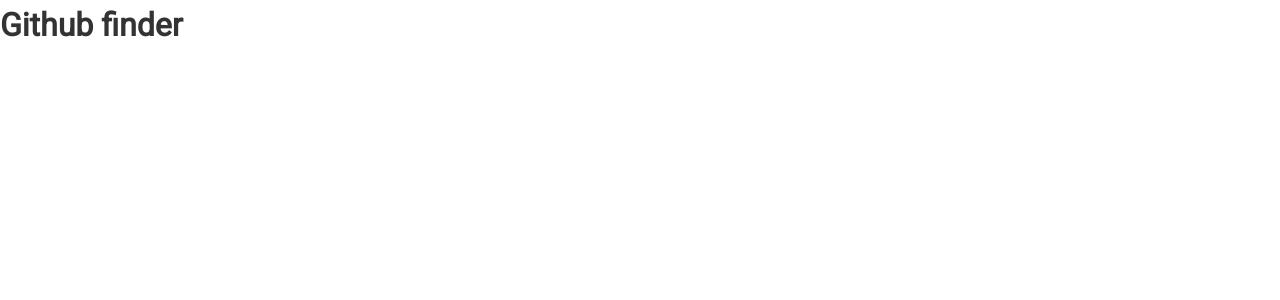
Repository: bafode/github-finder
Page: /
An editor plug-in stored every save of this project. The page is shown before and after the next save, followed by the edit.
The browser window is 1280 px wide. The pictures show the whole page.
The project was rebuilt for these pictures with package versions that can differ from the ones it lists, and the page was loaded fresh each time.

Above is the page before, as saved 2023-06-16 16:13:33.

### public/index.html
<!DOCTYPE html>
<html lang="en">
  <head>
    <meta charset="utf-8" />
    <link rel="icon" href="%PUBLIC_URL%/favicon.ico" />
    <meta name="viewport" content="width=device-width, initial-scale=1" />
    <meta name="theme-color" content="#000000" />
    <meta
      name="description"
      content="Web site created using create-react-app"
    />
    <link rel="apple-touch-icon" href="%PUBLIC_URL%/logo192.png" />

    <link rel="manifest" href="%PUBLIC_URL%/manifest.json" />

    <title>Github Finder</title>
  </head>
  <body>
    <noscript>You need to enable JavaScript to run this app.</noscript>
    <div id="root"></div>

  </body>
</html>

### src/App.js
import React,{Component} from 'react';
import './App.css';

class App extends Component {
  render() {

    return (
      <div className="App">
        <h1>Github finder</h1>
      </div>
    );
  }
}

export default App;

### src/components/layout/Navbar.js
import React, { Component } from 'react'
class Navbar extends Component {
  render() {
    return (
        <div>
            <h1>Navbar</h1>
      </div>
    )
  }
}


export default Navbar

Loaded but not shown: src/index.js (common file); src/App.css (common file)

After the next save:
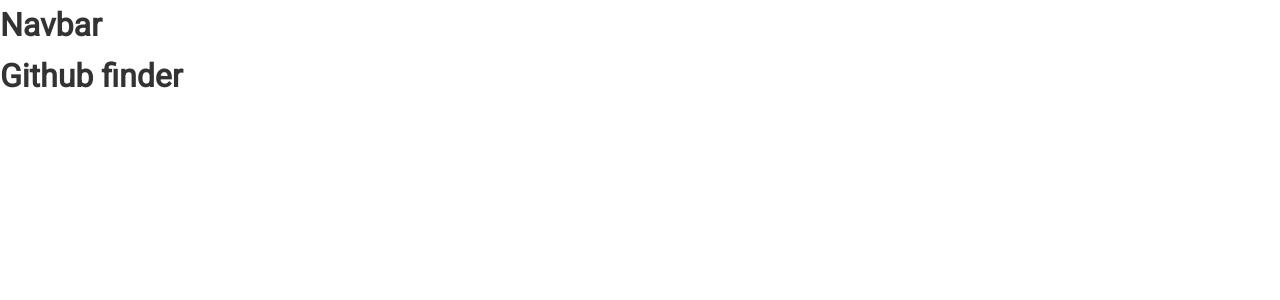
Saved 18 s later.
--- a/src/App.js
+++ b/src/App.js
@@ -1,11 +1,13 @@
 import React,{Component} from 'react';
 import './App.css';
+import Navbar from './components/layout/Navbar'
 
 class App extends Component {
   render() {
 
     return (
       <div className="App">
+        <Navbar/>
         <h1>Github finder</h1>
       </div>
     );
